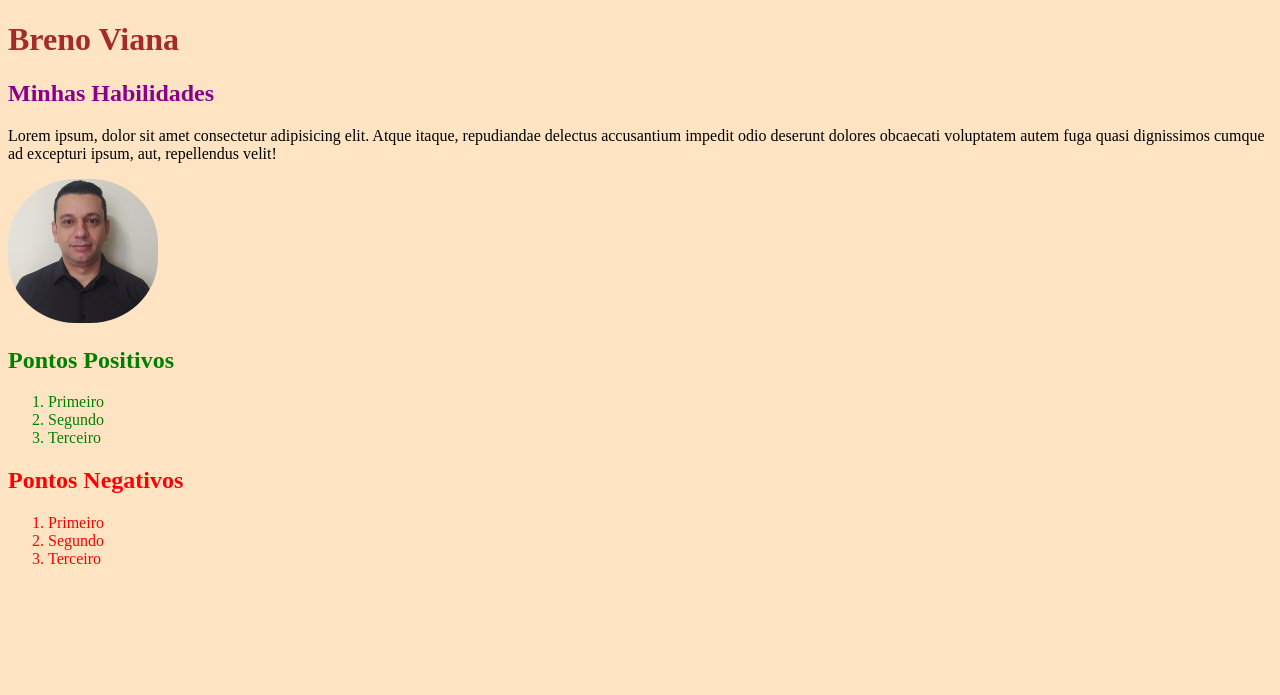
Repository: brenocov/TesteAulaPedro
Page: Aula04/exe01.html
These files come from the project's save history. The page is drawn as it stood at one moment and after the next save; the edit follows.
The browser window is 1280 px wide. The pictures show the whole page.

Above is the page before, as saved 2023-08-15 16:33:28.

### Aula04/exe01.html
<!DOCTYPE html>
<html>
<head>

    <title>Biografia</title>
    <link rel="preconnect" href="https://fonts.googleapis.com">
    <link rel="preconnect" href="https://fonts.gstatic.com" crossorigin>
    <link href="https://fonts.googleapis.com/css2?family=Poppins&display=swap" rel="stylesheet">

    <link rel="stylesheet" href="estilo.css">

</head>
<body >

    <h1 id="titulo" >Breno Viana</h1>

    <h2 id="subtitulo" >Minhas Habilidades</h2>

    <p>
        Lorem ipsum, dolor sit amet consectetur adipisicing elit. Atque itaque, repudiandae delectus accusantium impedit odio deserunt dolores obcaecati voluptatem autem fuga quasi dignissimos cumque ad excepturi ipsum, aut, repellendus velit!
    </p>

    <img id="foto" src="Breno01.jpg" alt="Foto do Perfil" heigth="150" width="150" >

    <h2 style="color:green">Pontos Positivos</h2>
    <ol>
        <li id="positivo">Primeiro</li>
        <li id="positivo">Segundo</li>
        <li id="positivo">Terceiro</li>
    </ol>

    <h2 style="color:red">Pontos Negativos</h2>
    <ol>
        <li id="negativo">Primeiro</li>
        <li id="negativo">Segundo</li>
        <li id="negativo">Terceiro</li>
    </ol>

</body>
</html>

### Aula04/estilo.css


        body {
            background-color:bisque;
        }

        *{
            font-family: 'Popins';
        }

        #titulo {
            color:brown
        }

        #subtitulo {
            color:darkmagenta
        }

        #positivo {
            color: green
        }

        #negativo {
            color: red
        }

        #foto {
            border-radius: 45%;
        }

After the next save:
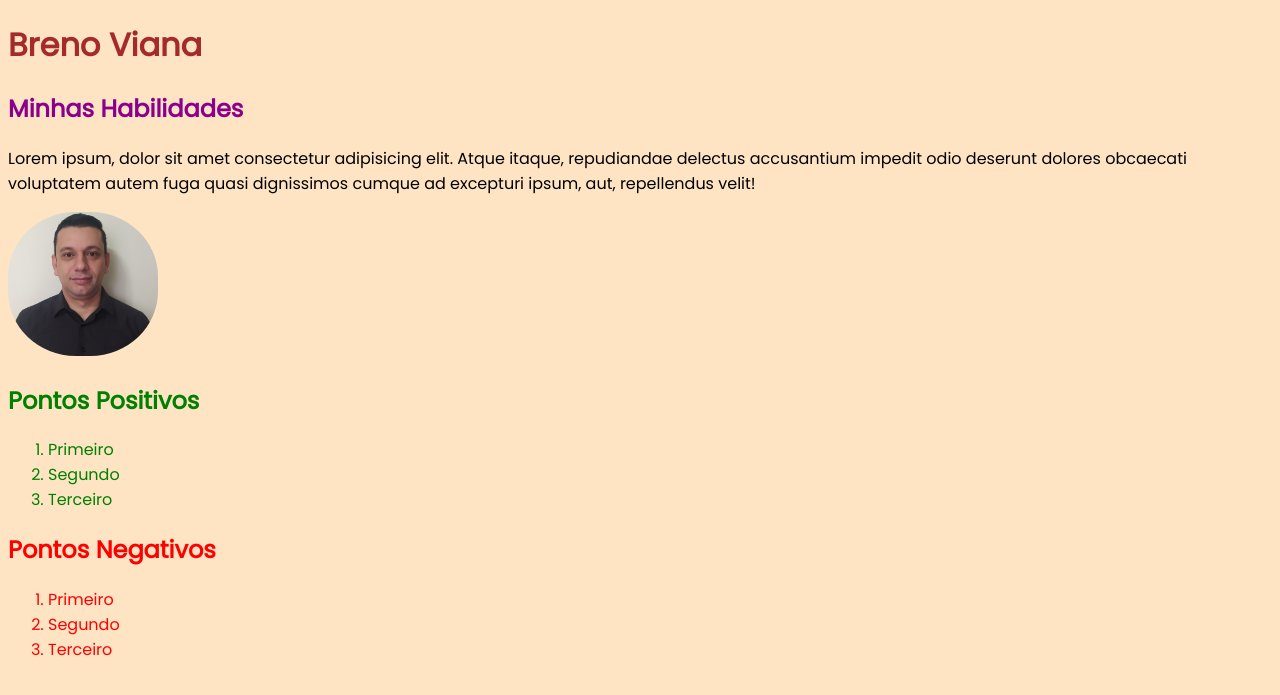
Saved 27 s later.
--- a/Aula04/estilo.css
+++ b/Aula04/estilo.css
@@ -5,7 +5,7 @@
         }
 
         *{
-            font-family: 'Popins';
+            font-family: 'Poppins';
         }
 
         #titulo {
